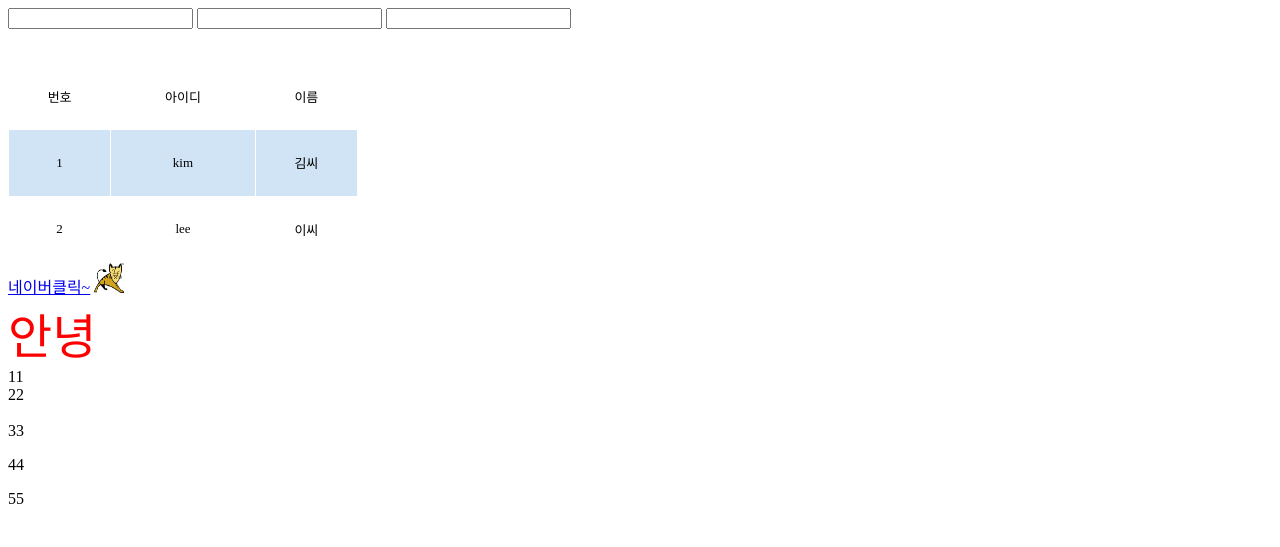
Repository: MinHyeJun/OpenSourceFramework
Page: web_prj/webapp/test.html
The author's editor kept a copy of each file at every save. The page is drawn from the files as they stood at one save, then again after the next save.
The browser window is 1280 px wide. The pictures show the whole page.

Above is the page before, as saved 2018-06-26 02:34:39.

### web_prj/webapp/test.html

<html>
<head>
<meta charset="UTF-8">
<title>Insert title here</title>
<style>
table.paleBlueRows {
  font-family: "Times New Roman", Times, serif;
  border: 1px solid #FFFFFF;
  width: 350px;
  height: 200px;
  text-align: center;
  border-collapse: collapse;
}
table.paleBlueRows td, table.paleBlueRows th {
  border: 1px solid #FFFFFF;
  padding: 3px 2px;
}
table.paleBlueRows tbody td {
  font-size: 13px;
}
table.paleBlueRows tr:nth-child(even) {
  background: #D0E4F5;
}
table.paleBlueRows thead {
  background: #0B6FA4;
  border-bottom: 5px solid #FFFFFF;
}
table.paleBlueRows thead th {
  font-size: 17px;
  font-weight: bold;
  color: #FFFFFF;
  text-align: center;
  border-left: 2px solid #FFFFFF;
}
table.paleBlueRows thead th:first-child {
  border-left: none;
}

table.paleBlueRows tfoot {
  font-size: 14px;
  font-weight: bold;
  color: #333333;
  background: #D0E4F5;
  border-top: 3px solid #444444;
}
table.paleBlueRows tfoot td {
  font-size: 14px;
}
</style>
</head>
<body>
<form>
<input type="text" name="mid">
<input type="password" name="mpw">
<input type="text" name="">

</form>


<br>
<table class="paleBlueRows"  width=300 height=100 border=1 cellpadding=0 cellspacing=0>
	<tr>
		<td>번호</td>
		<td>아이디</td>
		<td>이름</td>
	</tr>
	<tr>
		<td>1</td>
		<td>kim</td>
		<td>김씨</td>
	</tr>
	<tr>
		<td>2</td>
		<td>lee</td>
		<td>이씨</td>
	</tr>
</table>

<a href="http://www.naver.com">네이버클릭~</a>
<img src="tomcat.png" width=30 height=30><br>
<font size=10 color=red>안녕</font><br>
11<br>
22<br><br>
33<p>
44<p><p>
55

</body>
</html>

After the next save:
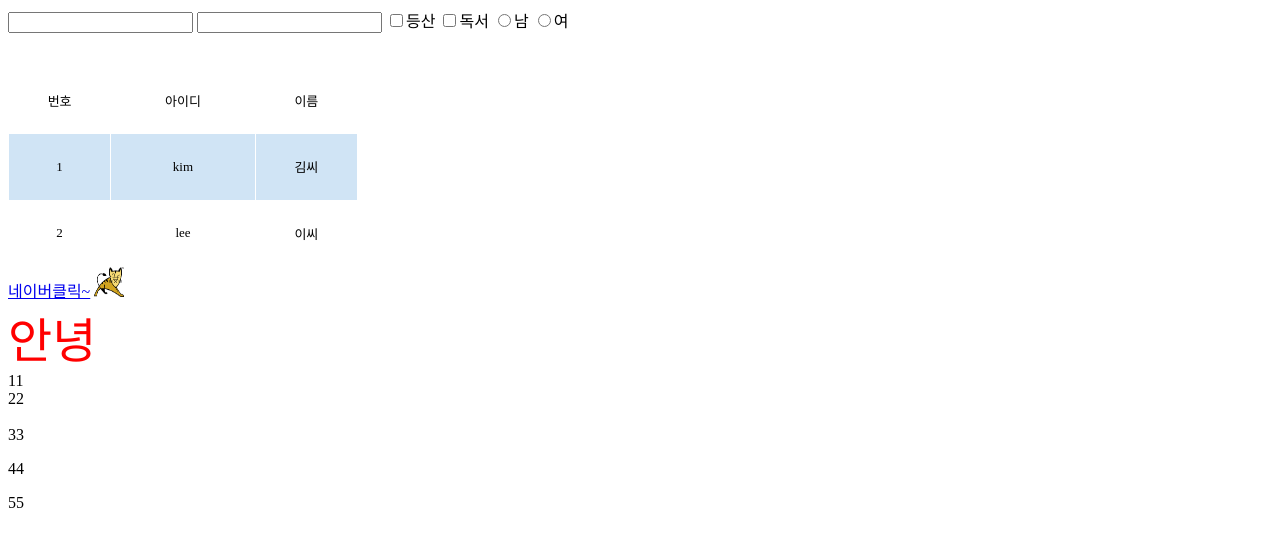
Saved 85 s later.
--- a/web_prj/webapp/test.html
+++ b/web_prj/webapp/test.html
@@ -53,7 +53,12 @@
 <form>
 <input type="text" name="mid">
 <input type="password" name="mpw">
-<input type="text" name="">
+<input type="checkbox" name="habit">등산
+<input type="checkbox" name="habit">독서
+
+<input type="radio" name="gen">남
+<input type="radio" name="gen">여
+
 
 </form>
 
